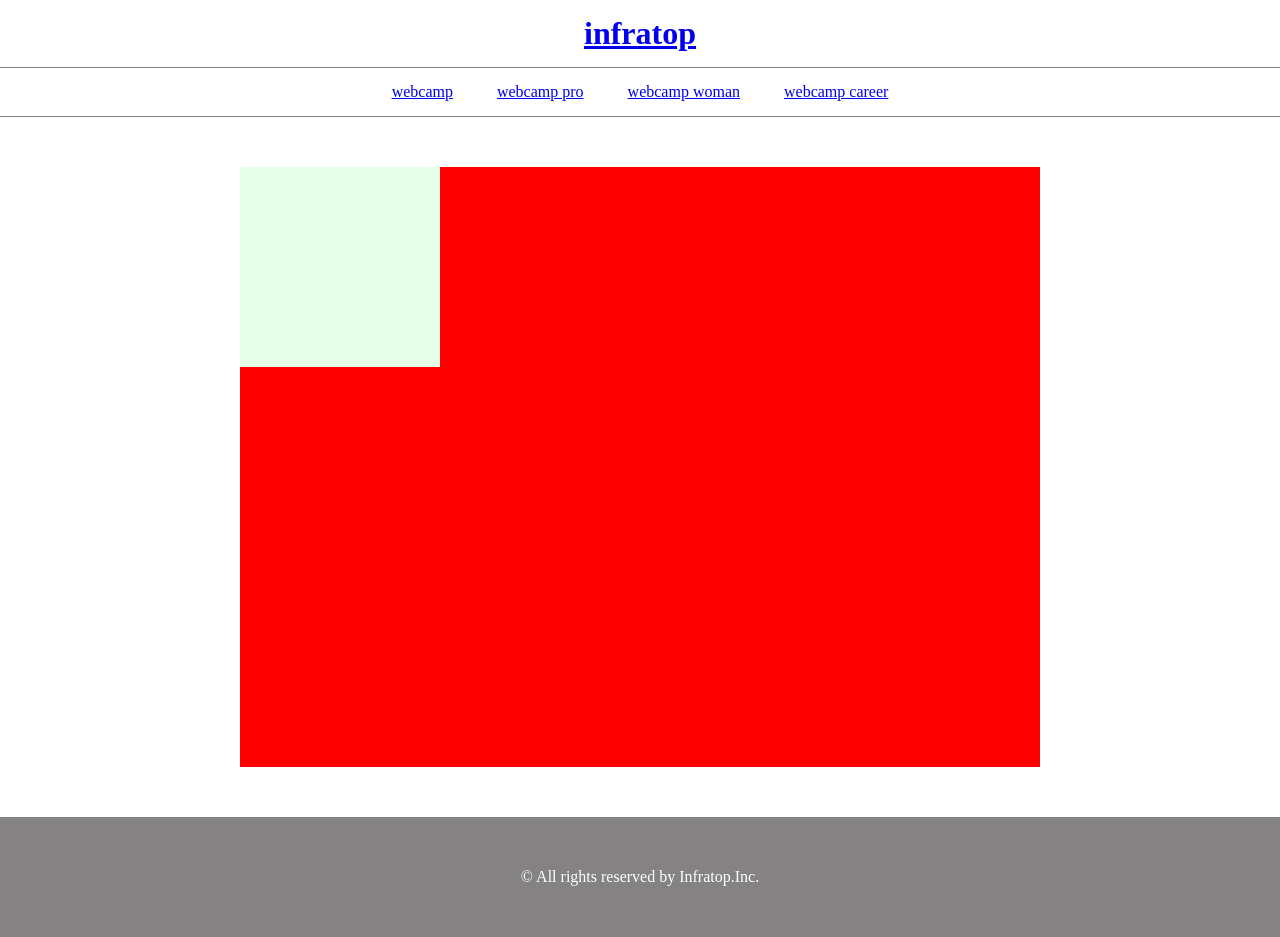
Repository: Nao002/practice
Page: html-practice5/index.html
The author's editor kept a record of every edit. The page is drawn from the files as they stood at one moment, then again after the next edit.
The browser window is 1280 px wide. The pictures show the whole page.

Above is the page before.

### html-practice5/index.html
<!DOCTYPE html>
<html lang="ja">
  <head>
    <meta charset="UTF-8" />
    <!-- CSSファイルの読み込み -->
    <link rel="stylesheet" href="style.css" />
    <title>infratop</title>
  </head>

  <body>
    <!-- header -->
    <header>
      <h1 class="heading">
        <a href="index.html">
          infratop
        </a>
      </h1>
    </header>

     <!-- navigation -->
    <nav>
      <ul class="nav-list">
        <li class="nav-list-item">
          <a href="index.html">webcamp</a>
        </li>
        <li class="nav-list-item">
          <a href="index.html">webcamp pro</a>
        </li>
        <li class="nav-list-item">
          <a href="index.html">webcamp woman</a>
        </li>
        </li>
        <li class="nav-list-item">
          <a href="index.html">webcamp career</a>
        </li>
      </ul>
    </nav>

    <!-- main-visual用のdiv -->
    <div class="main-visual">
      <div class="main-visual-content">
        <div class="main-visual-color color1"></div>
        <div class="main-visual-color color2"></div>
        <div class="main-visual-color color3"></div>
        <div class="main-visual-color color4"></div>
        <div class="main-visual-color color5"></div>
        <div class="main-visual-color color6"></div>
        <div class="main-visual-color color7"></div>
        <div class="main-visual-color color8"></div>
        <div class="main-visual-color color9"></div>
        <div class="main-visual-color color10"></div>
        <div class="main-visual-color color12"></div>
        <div class="main-visual-color color12"></div>
      </div>
    </div>

    <!-- footer -->
    <footer>
      <p class="footer-text">© All rights reserved by Infratop.Inc.</p>
    </footer>

  </body>
</html>

### html-practice5/style.css
/* ブラウザがそれぞれ持っているCSSをリセットするための記述 */
* {
  margin: 0;
  padding: 0;
  box-sizing: border-box;
}

header {
  width: 90%;
  padding: 15px 0;
  margin: 0 auto;
  text-align: center;
}

header .heading { /* headerタグ内のheadingクラスにのみ反映される */
  font-size: 32px;
}

.nav-list {
  text-align: center;
  padding: 15px 0;
  margin: 0 auto;
  border-top: 1px solid #848282;
  border-bottom: 1px solid #848282;
}

.nav-list-item {
  list-style: none;
  display: inline-block;
  margin: 0 20px;
}

.main-visual {
  width: 100%; /* 横幅いっぱい */
  height: 650px; /* 高さ300px */
}

.main-visual-content {
  width: 800px; /* 横幅350px */
  height: 300px; /* 親の高さに揃える */
  flex-wrap: wrap;
  margin: 50px auto;
  font-size: 0;
}

.main-visual-color{
  display: inline-block;
  width: 200px;
  height: 200px;
  background-color: #FF0000;
  font-size: 0;
}

.color1{
  background-color: #e6ffe9
}

.color1{
  background-color: #e6ffe9
}

.color1{
  background-color: #e6ffe9
}

.color1{
  background-color: #e6ffe9
}

.color1{
  background-color: #e6ffe9
}

.color1{
  background-color: #e6ffe9
}
.color1{
  background-color: #e6ffe9
}

.color1{
  background-color: #e6ffe9
}

.color1{
  background-color: #e6ffe9
}

.color1{
  background-color: #e6ffe9
}


footer {
  width: 100%;
  height: 120px;
  text-align: center;
  line-height: 120px;
  background-color: #848282;
}

.footer-text {
  color: #fff;
}

After the next edit:
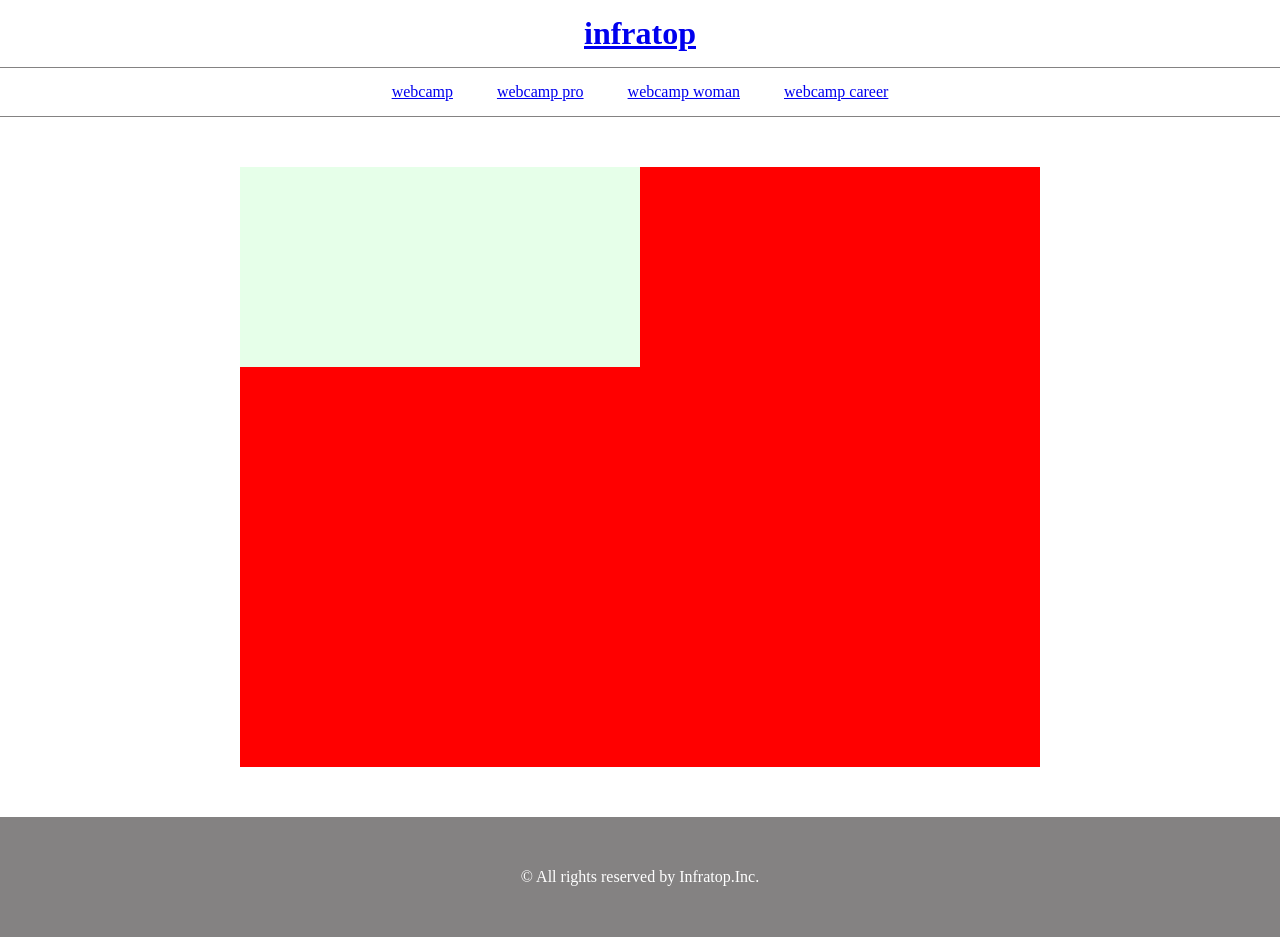
The edit:
--- a/html-practice5/style.css
+++ b/html-practice5/style.css
@@ -55,7 +55,7 @@
   background-color: #e6ffe9
 }
 
-.color1{
+.color2{
   background-color: #e6ffe9
 }
 
